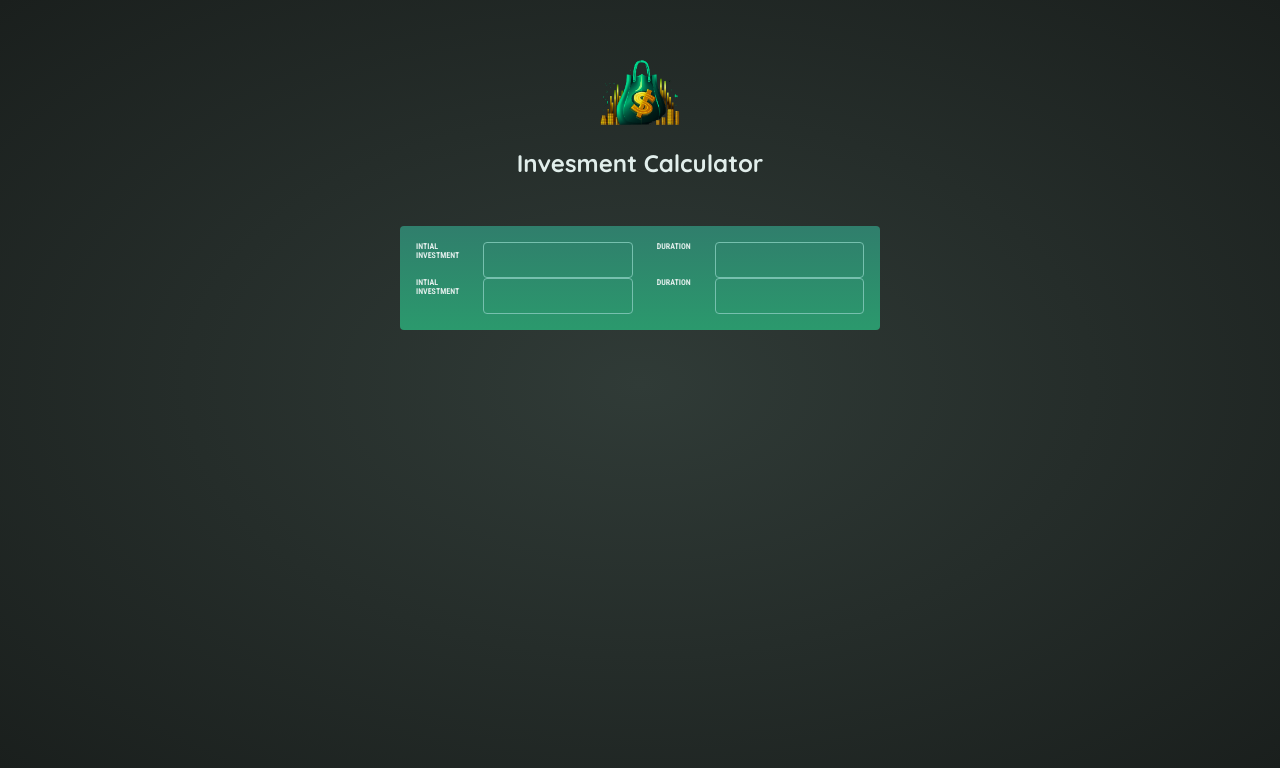
Repository: sibi24sibi/investment-calculator
Page: /
The author's editor kept a copy of each file at every save. The page is drawn from the files as they stood at one save, then again after the next save.
The browser window is 1280 px wide. The pictures show the whole page.
The project was rebuilt for these pictures with package versions that can differ from the ones it lists, and the page was loaded fresh each time. Also part of the build but not shown: vite.config.js.

Above is the page before, as saved 2024-05-26 10:05:29.

### src/App.jsx
import logo from './assets/investment-calculator-logo.png'
import Inputs from './components/Inputs'
function App() {
  return (
    <>
    <div id="header">
      <img src={logo} alt="" srcset="" />
      <h1>Invesment Calculator</h1>
    </div>
    <Inputs />
    </>
  )
}

export default App

### src/components/Inputs.jsx
export default function Input() {
    return (
        <section id='user-input'>
            <div className="input-group">
                <label htmlFor="">Intial investment</label>
                <input type="number" name="initialInvestment" id="initialInvestment" />
                <label htmlFor="">Duration</label>
                <input type="number" name="Duration" id="Duration" />
            </div>
            <div className="input-group">
                <label htmlFor="">Intial investment</label>
                <input type="number" name="initialInvestment" id="initialInvestment" />
                <label htmlFor="">Duration</label>
                <input type="number" name="Duration" id="Duration" />
            </div>
        </section>
    )
}

Loaded but not shown: index.html (common file); src/index.jsx (common file); src/index.css (common file)

After the next save:
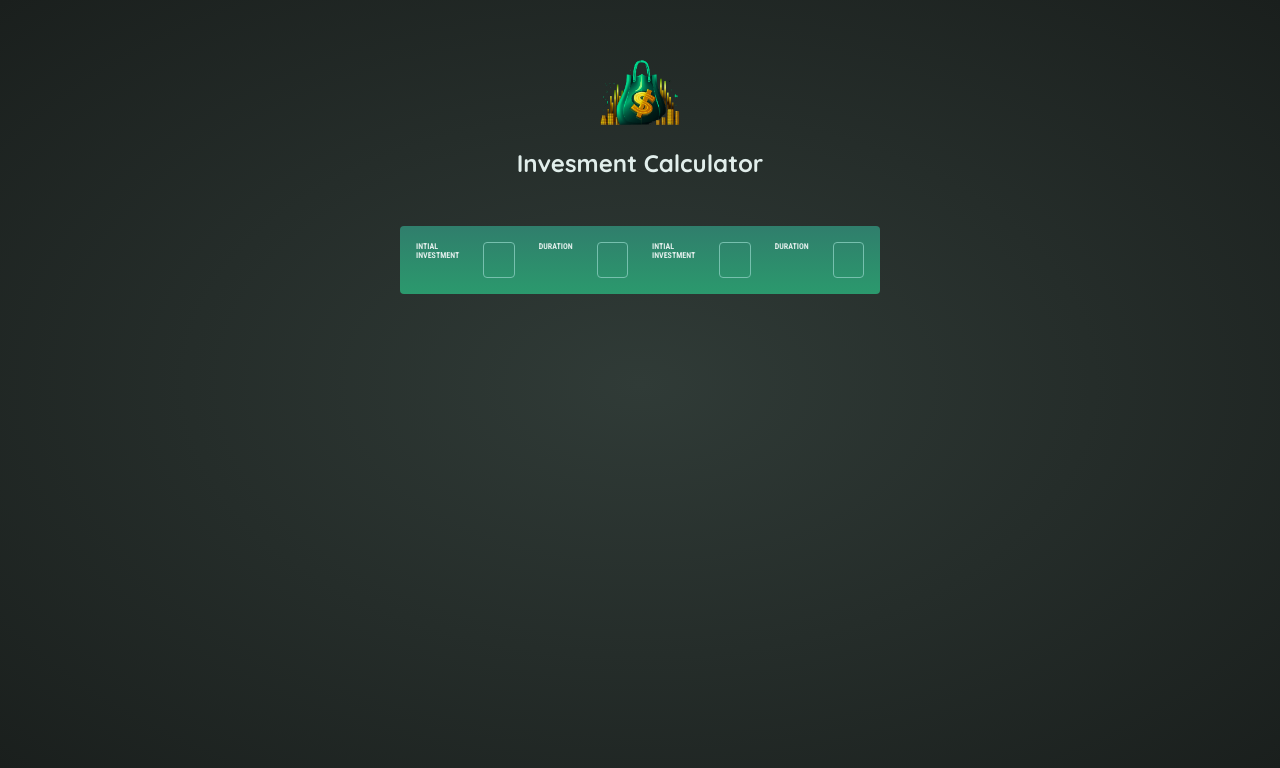
Saved 18 s later.
--- a/src/components/Inputs.jsx
+++ b/src/components/Inputs.jsx
@@ -6,13 +6,12 @@ export default function Input() {
                 <input type="number" name="initialInvestment" id="initialInvestment" />
                 <label htmlFor="">Duration</label>
                 <input type="number" name="Duration" id="Duration" />
-            </div>
-            <div className="input-group">
                 <label htmlFor="">Intial investment</label>
                 <input type="number" name="initialInvestment" id="initialInvestment" />
                 <label htmlFor="">Duration</label>
                 <input type="number" name="Duration" id="Duration" />
             </div>
+
         </section>
     )
 }
